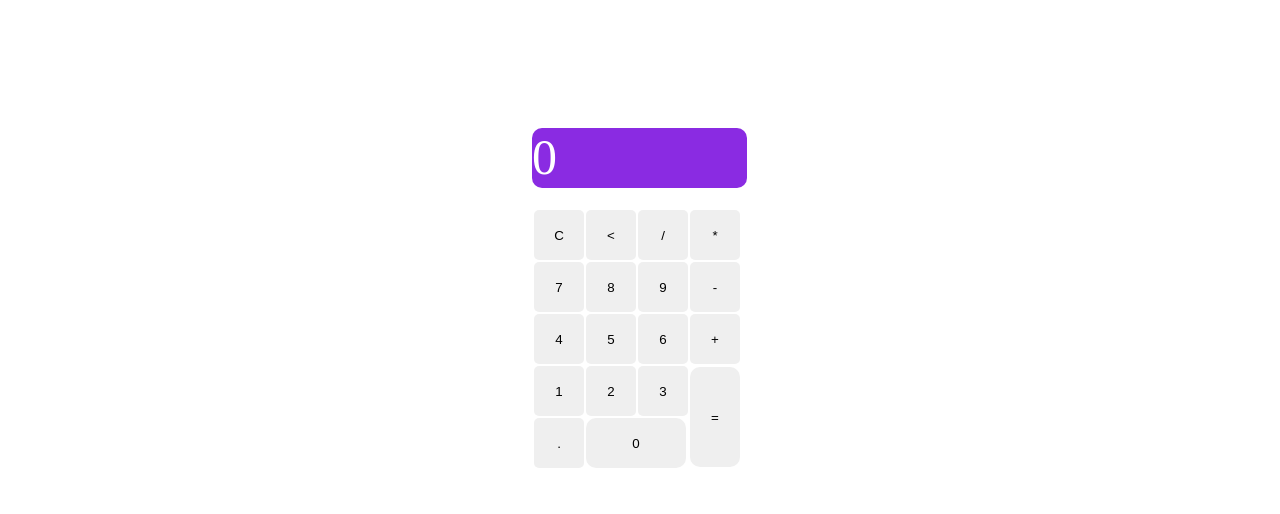
Repository: mariele-huff/calculadora
Page: index.html
An editor plug-in stored every save of this project. The page is shown before and after the next save, followed by the edit.
The browser window is 1280 px wide. The pictures show the whole page.

Above is the page before, as saved 2022-08-14 10:23:25.

After the next save:
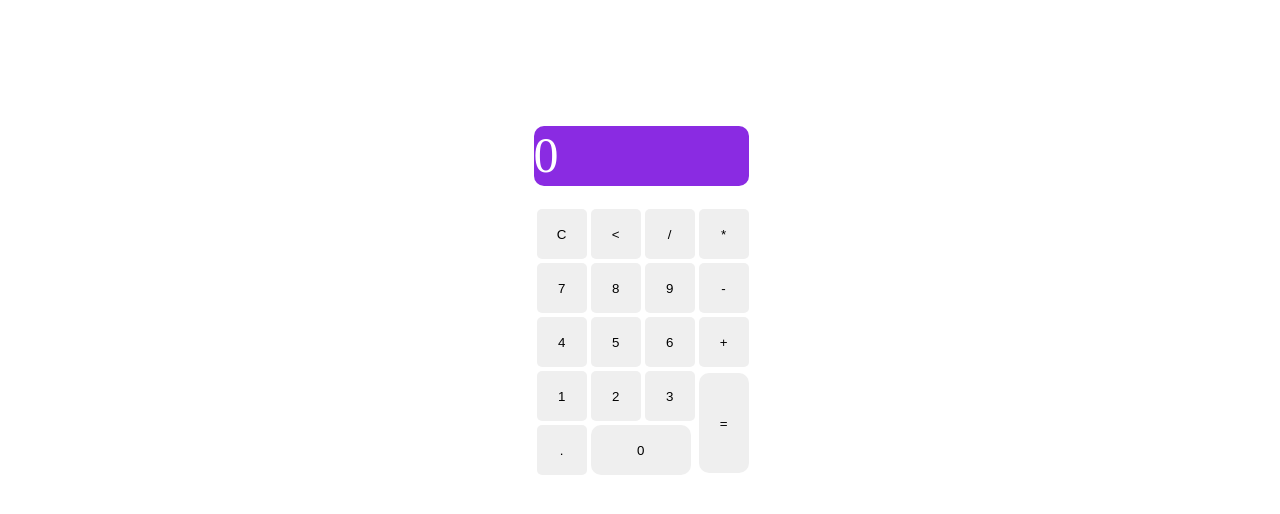
Saved 39 s later.
--- a/style.css
+++ b/style.css
@@ -1,7 +1,4 @@
-* {
-    margin: 0;
-    padding: 0;
-}
+
 
 .calculadora {
     margin-top: 10%;
